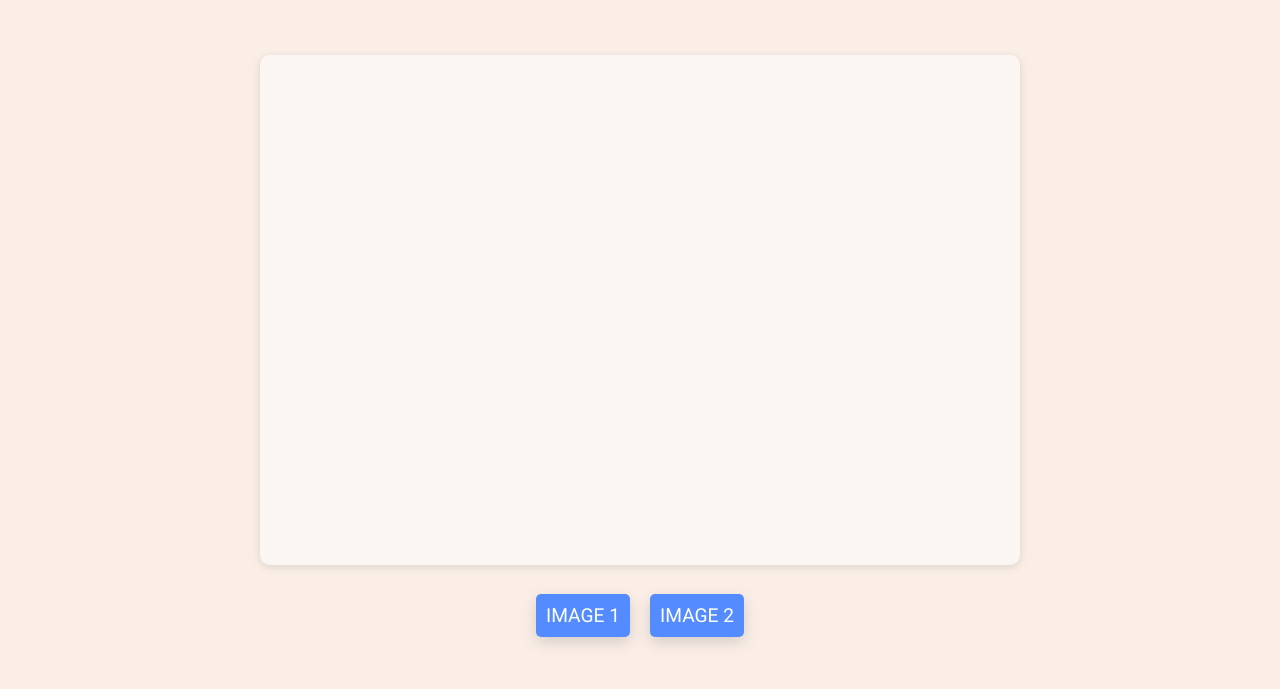
Repository: Lucas-Cassan/img-assembler
Page: / (app in frontend/)
The author's editor kept a copy of each file at every save. The page is drawn from the files as they stood at one save, then again after the next save.
The browser window is 1280 px wide. The pictures show the whole page.
The project was rebuilt for these pictures with package versions that can differ from the ones it lists, and the page was loaded fresh each time.

Above is the page before, as saved 2022-02-02 15:34:48.

After the next save:
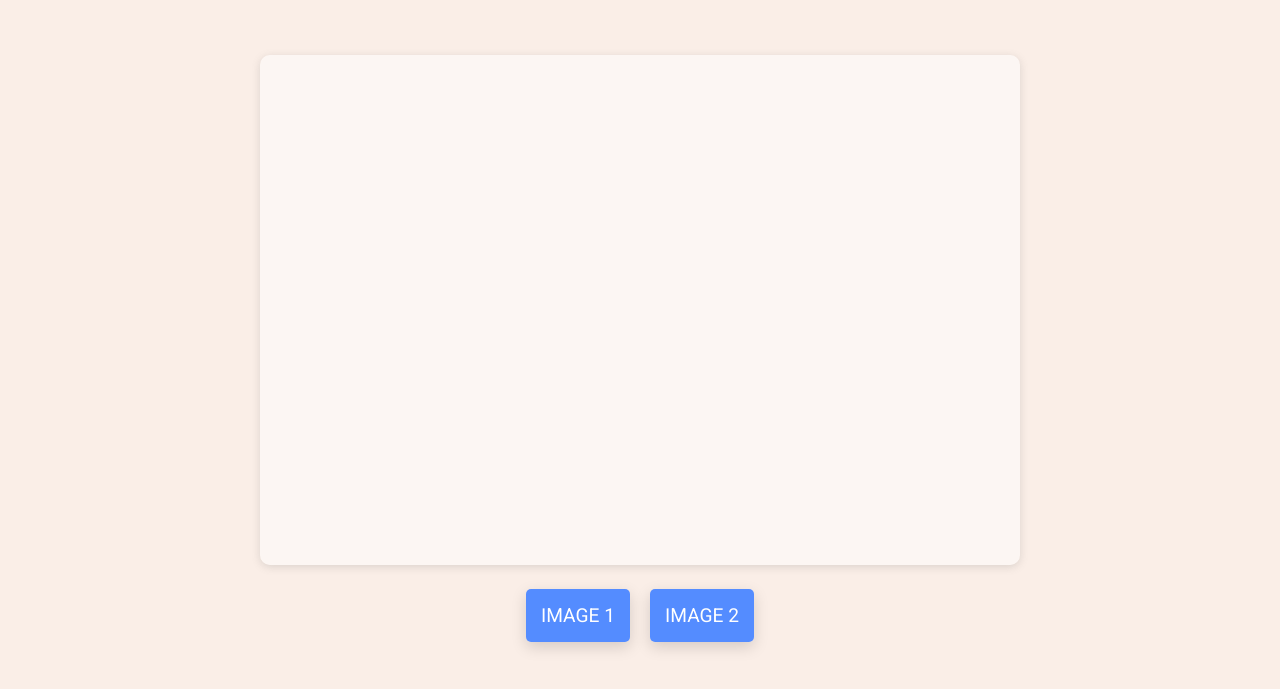
Saved 8 s later.
--- a/frontend/src/styles/index.scss
+++ b/frontend/src/styles/index.scss
@@ -43,7 +43,7 @@ html{
                     box-shadow: rgba(0, 0, 0, 0.15) 0px 5px 15px 0px;
                     cursor: pointer;
                     margin: 10px;
-                    padding: 10px;
+                    padding: 15px;
                     font-size: 1.2em;
                     background-color: #548CFF;
                     color: white;
